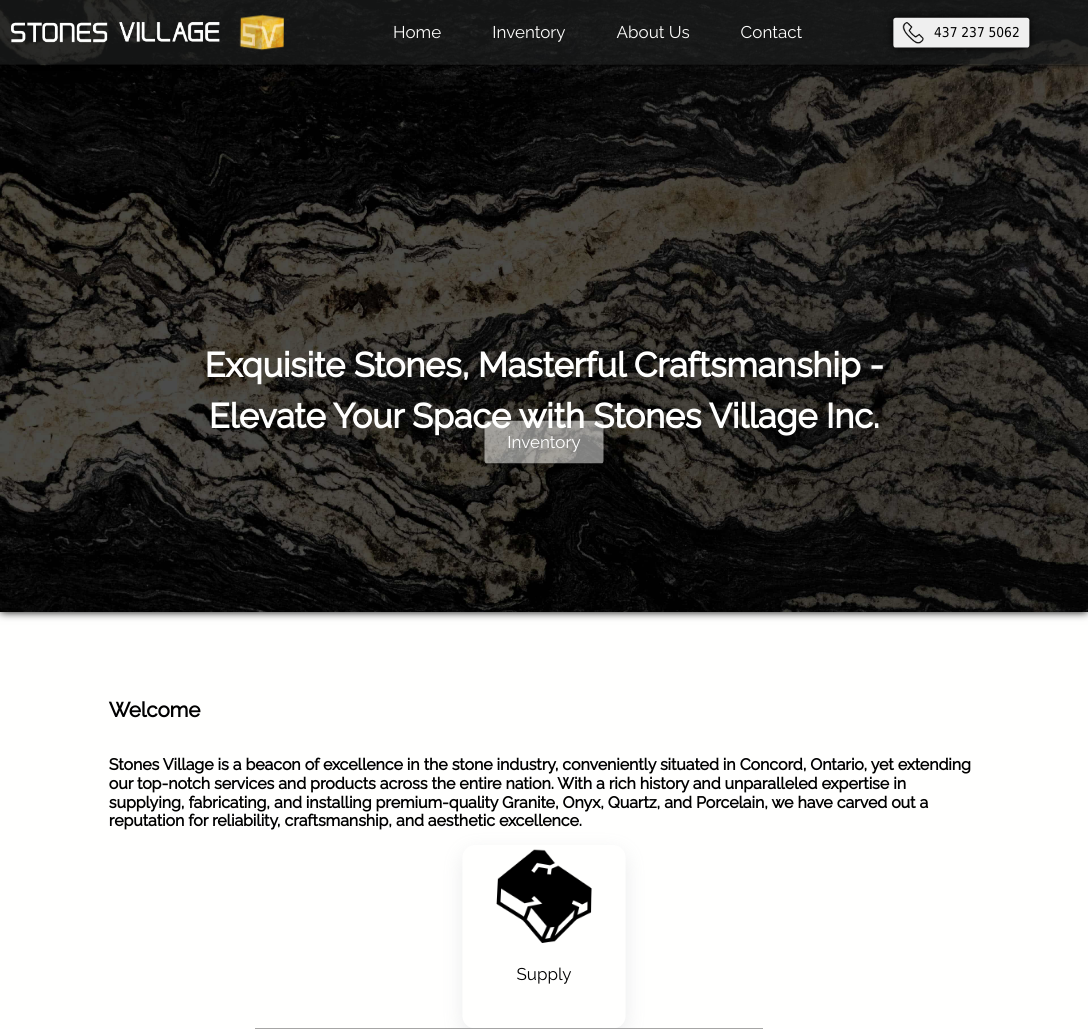
Repository: shayanabedi98/Stones-Village
Page: index.html
An editor plug-in stored every save of this project. The page is shown before and after the next save, followed by the edit.
The browser window is 1280 px wide. The pictures show the whole page, at 85% of full size.
Backgrounds fixed to the window are drawn as part of the page.

Above is the page before, as saved 2023-10-22 16:29:40.

### index.html
<!DOCTYPE html>
<html lang="en">
<head>
    <meta charset="UTF-8">
    <meta name="viewport" content="width=device-width, initial-scale=1.0">
    <title>Stones Village | Home</title>
    <link rel="preconnect" href="https://fonts.googleapis.com">
    <link rel="preconnect" href="https://fonts.gstatic.com" crossorigin>
    <link href="https://fonts.googleapis.com/css2?family=Raleway&display=swap" rel="stylesheet">
    <link rel="stylesheet" href="styles.css">
</head>
<body>
    <div class="grid-container">
        <div class="navbar">
            <div class="logo">
                <img id="logo-name" src="./resources/sv-name.png" alt="Company name">
                <img id="logo-cube" src="./resources/sv-cube.png" alt="Company logo">
            </div>
            <div class="navbar-menu">
                <ul>
                    <li><a href="./">Home</a></li>
                    <li><a href="./inventory">Inventory</a></li>
                    <li><a href="./about-us">About Us</a></li>
                    <li><a href="./contact">Contact</a></li>
                </ul>
            </div>
            <div class="navbar-tel">
                <button><a href="tel:+14372375062">
                    <img src="./resources/telephone-svgrepo-com.png" alt="Contact By Number">
                    437 237 5062
                </a></button>
            </div>
        </div>
        <div class="banner">
            <!-- Background Image -->
        </div>
        <div class="banner-overlay">
            <h1>Exquisite Stones, Masterful Craftsmanship - Elevate Your Space with Stones Village Inc.</h1>
            <button>Inventory</button>
        </div>
        <div class="services-container">
            <h2>Welcome</h2>
            <h3>Stones Village is a beacon of excellence in the stone industry, conveniently situated in Concord, Ontario, yet extending our top-notch services and products across the entire nation. With a rich history and unparalleled expertise in supplying, fabricating, and installing premium-quality Granite, Onyx, Quartz, and Porcelain, we have carved out a reputation for reliability, craftsmanship, and aesthetic excellence.</h3>
            <div class="card-container">
                <div class="card">
                    <img src="./resources/stone-tablet-svgrepo-com.png" alt="Icon of Stone Slab">
                    <p class="card-name">Supply</p>
                    <p class="card-description"></p>
                </div>
            </div>

            <!-- Free Quotations
Stonica Group Inc. offers no-obligation, comprehensive quotes for all project sizes. Our experts provide a detailed cost estimate, ensuring transparency and no hidden charges.


Measurements
We use advanced tools for precise project measurements, considering the environment and potential challenges to ensure seamless integration of our fabrications into your space.


Fabrication
Our high-quality fabrication service is handled by a skilled team and cutting-edge facilities. We handle various materials and complexities, ensuring the finished product meets the highest industry standards.


Installation
Our trained professionals carry out careful and precise installations. We also perform comprehensive checks post-installation, ensuring a perfect fit and function. Your satisfaction is our ultimate goal. -->
        </div>
    </div>
    <script src="./index.js"></script>
</body>
</html>

### styles.css
body {
    background-color: #FFFFFE;
    color: #000000;
    font-family: 'Raleway', sans-serif;
    margin: 0;
    padding: 0;
}

.navbar {
    display: grid;
    grid-template-columns: 0.5fr 1fr 0.5fr;
    background-color: rgba(29, 31, 31, 0.7);
    box-shadow: 0 0 5px 0 rgb(0, 0, 0);
    padding: 10px;
    position: fixed;
    width: 100%;
    z-index: 1;
}

.logo {
    display: flex;
    align-items: center;
    justify-content: center;
}

#logo-cube {
    height: 42px;
    margin-left: 20px;
    cursor: pointer;
}

#logo-name {
    height: 28px;
    cursor: pointer;
}

.navbar-menu {
    display: grid;
    align-items: end;
}

.navbar-menu ul {
    display: flex;
    align-content: center;
    justify-content: center;
    list-style-type: none;
}

.navbar-menu a {
    text-decoration: none;
    color: #FFFFFE;
    font-size: 20px;
    margin-left: 60px;
}

.navbar-menu a:hover {
    color: #E0B739;
    transition: 0.3s;
    border-bottom: 8px solid #E0B739;
}

.navbar-menu a:not(:hover) {
    color: #FFFFFE;
    border-bottom: 0px;
    transition: 0.3s;
}

.navbar-tel {
    display: flex;
    justify-content: center;
    align-items: center;
}

.navbar-tel button {
    height: 35px;
    width: 160px;
    border: none;
    border-radius: 3px;
    box-shadow: 0 0 10px 0 rgb(0, 0, 0);
}

.navbar-tel img {
    height: 25px;
    margin-right: 12px;
}

.navbar-tel a {
    text-decoration: none;
    color: black;
    font-family: Tahoma, Verdana, sans-serif;
    font-size: 16px;
    display: flex;
    align-items: center;
    justify-content: center;
}

.banner {
    background-attachment: fixed;
    height: 100vh;
    background-size: 2100px;
    background-repeat: no-repeat;
    background-position: 0 -400px;
    transition: opacity 1s ease-in-out, background-size 0s, background-position 0s;
}

.banner-overlay {
    background-color: rgba(0, 0, 0, 0.7);
    box-shadow: 0 0 10px 0 black;
    display: grid;
    grid-template-rows: 0.8fr 1fr;
    justify-items: center;
    align-items: center;
    text-align: center;
    position: absolute;
    height: 100vh;
    width: 100%;
    top: 0;
}

.banner-overlay h1 {
    margin: 0;
    color: #FFFFFE;
    position: relative;
    font-size: 40px;
    top: 300px;
    width: 70%;
    line-height: 60px;
}

.banner-overlay button {
    font-family: 'Raleway', sans-serif;
    background-color: rgba(255, 255, 254, 0.5);
    color: white;
    border: none;
    border-radius: 3px;
    font-size: 20px;
    width: 140px;
    height: 50px;
    box-shadow: 0 0 2px 0 black;
    cursor: pointer;
}

.banner-overlay button:hover {
    box-shadow: 0 0 15px 0 black;
    background-color: rgb(224, 183, 57);
    transition: 0.3s;
}

.banner-overlay button:not(:hover) {
    box-shadow: 0 0 5px 0 black;
    transition: 0.3s;
}

.services-container {
    display: grid;
    justify-items: center;
    margin-top: 80px;
}

.services-container h2, h3 {
    width: 80%;
}

.card-container {
    display: grid;
    width: 100%;
    justify-items: center;
}

.card {
    width: 15%;
    display: grid;
    justify-items: center;
    border-radius: 15px;
    box-shadow: rgba(149, 157, 165, 0.2) 0px 8px 24px;
}

.card img {
    height: 120px;
}

.card-name {
    font-size: 20px;
}

### index.js
const banner = document.querySelector('.banner');
const bannerImg = ['./resources/aaron-huber-G7sE2S4Lab4-unsplash.jpg', './resources/black-marble-texture2-min2.jpg', './resources/engin-akyurt-m555vEfryhE-unsplash.jpg', './resources/marble-2398956_1920.jpg'];
let bannerImgIndex = 0;
const logoName = document.querySelector('#logo-name');
const logoCube = document.querySelector('#logo-cube');
const navbar = document.querySelector('.navbar');

logoCube.addEventListener('click', () => {
    window.location.replace('./')
})

logoCube.addEventListener('mouseover', () => {
    navbar.style.backgroundColor = 'rgba(224, 183, 57,0.3)'
    navbar.style.transition = '4s'
})

logoCube.addEventListener('mouseout', () => {
    navbar.style.backgroundColor = 'rgba(29, 31, 31, 0.7)'
    navbar.style.transition = '2s'
})

logoName.addEventListener('click', () => {
    window.location.replace('./')
})

logoName.addEventListener('mouseover', () => {
    navbar.style.backgroundColor = 'rgba(224, 183, 57,0.3)'
    navbar.style.transition = '4s'
})

logoName.addEventListener('mouseout', () => {
    navbar.style.backgroundColor = 'rgba(29, 31, 31, 0.7)'
    navbar.style.transition = '2s'
})

const bannerImgChanger = () => {
    banner.style.opacity = '0'
    bannerImgIndex = (bannerImgIndex + 1) % bannerImg.length;
    banner.style.background = `url(${bannerImg[bannerImgIndex]})`;

    if (bannerImgIndex === 0) {
        banner.style.backgroundSize = '2100px';
        banner.style.backgroundPosition = '0 -400px'
        banner.style.backgroundAttachment = 'fixed';
        banner.style.opacity = '1'
        banner.style.transition = 'opacity 1s ease-in, background-size 0s, background-position 0s;';
        setTimeout(() => {
            banner.style.opacity = '0'
        }, 7000)

    } else if (bannerImgIndex === 1) {
        banner.style.backgroundSize = '2000px';
        banner.style.backgroundAttachment = 'fixed';
        banner.style.opacity = '1'
        banner.style.transition = 'opacity 1s ease-in, background-size 0s, background-position 0s;';
        setTimeout(() => {
            banner.style.opacity = '0'
        }, 7000)

    } else if (bannerImgIndex === 2) {
        banner.style.backgroundAttachment = 'fixed';
        banner.style.opacity = '1'
        banner.style.transition = 'opacity 1s ease-in, background-size 0s, background-position 0s;';
        setTimeout(() => {
            banner.style.opacity = '0'
        }, 7000)
    } else if (bannerImgIndex === 3) {
        banner.style.backgroundAttachment = 'fixed';
        banner.style.opacity = '1'
        banner.style.transition = 'opacity 1s ease-in, background-size 0s, background-position 0s;';
        setTimeout(() => {
            banner.style.opacity = '0'
        }, 7000)
    }
};

bannerImgChanger();

setInterval(bannerImgChanger, 8000)

After the next save:
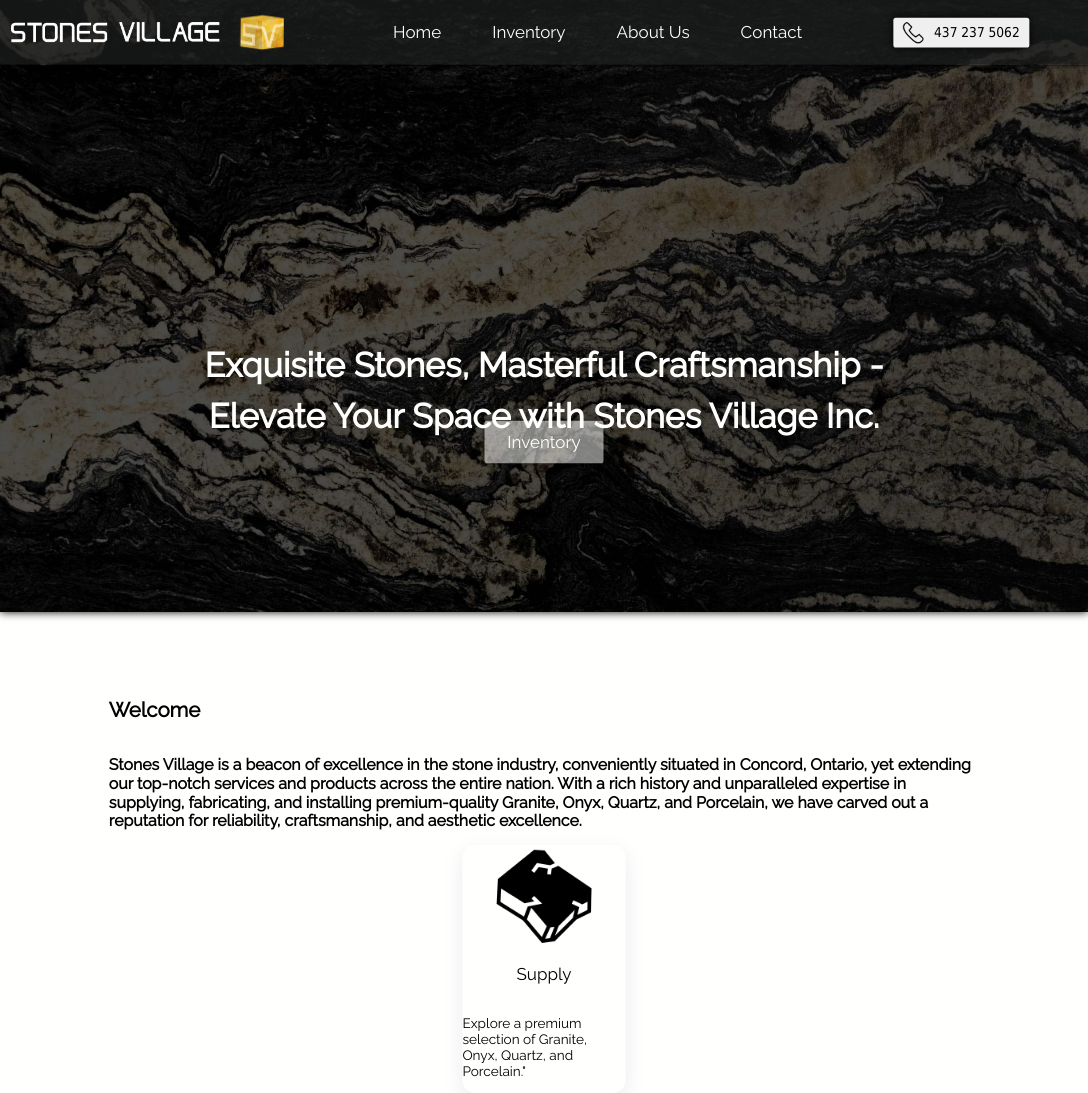
Saved 85 s later.
--- a/index.html
+++ b/index.html
@@ -45,7 +45,7 @@
                 <div class="card">
                     <img src="./resources/stone-tablet-svgrepo-com.png" alt="Icon of Stone Slab">
                     <p class="card-name">Supply</p>
-                    <p class="card-description"></p>
+                    <p class="card-description">Explore a premium selection of Granite, Onyx, Quartz, and Porcelain."</p>
                 </div>
             </div>
 
